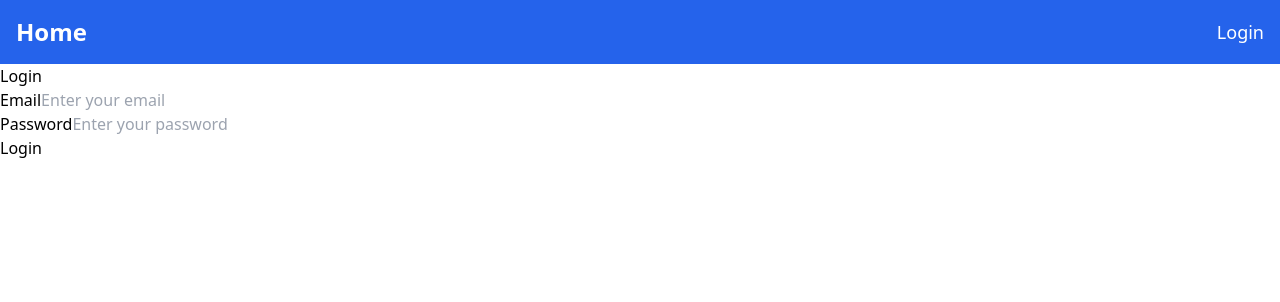
Repository: Ademaulana100499/learnReact
Page: /login
These files come from the project's save history. The page is drawn as it stood at one moment and after a run of saves; the edit follows.
The browser window is 1280 px wide. The pictures show the whole page.
The project was rebuilt for these pictures with package versions that can differ from the ones it lists, and the page was loaded fresh each time. Also part of the build but not shown: vite.config.js, src/components/Navbar/index.jsx, src/pages/HomePage/index.jsx, src/pages/DetailPage/index.jsx.

Above is the page before, as saved 2024-12-15 09:38:10.

### src/App.jsx
import { BrowserRouter, Routes, Route } from "react-router-dom";
import { HomePage } from "./pages/HomePage";
import { DetailPage } from "./pages/DetailPage";
import { LoginPage } from "./pages/LoginPage";

export function App() {
  return (
    <div>
      <BrowserRouter>
        <Routes>
          <Route path="/" element={<HomePage />} />
          <Route path="/detail/:id" element={<DetailPage />} />
          <Route path="/login" element={<LoginPage />} />
        </Routes>
      </BrowserRouter>
    </div>
  );
}

### src/pages/LoginPage/index.jsx
import { Navbar } from "../../components";

export const LoginPage = () => {
  return (
    <div>
      <Navbar />
      <h1>Login</h1>
      <form>
        <div>
          <label htmlFor="email">Email</label>
          <input
            type="email"
            id="email"
            name="email"
            placeholder="Enter your email"
            required
          />
        </div>
        <div>
          <label htmlFor="password">Password</label>
          <input
            type="password"
            id="password"
            name="password"
            placeholder="Enter your password"
            required
          />
        </div>
        <button type="submit">Login</button>
      </form>
    </div>
  );
};

### src/components/index.jsx
import { Link } from "react-router-dom";
export const Navbar = () => {
  return (
    <div className="bg-blue-600 text-white p-4">
      <div className="container mx-auto flex justify-between items-center">
        <div>
          <Link
            to="/"
            className="text-2xl font-semibold hover:text-gray-300 transition-colors"
          >
            Home
          </Link>
        </div>
        <div className="space-x-6">
          <Link
            to="/login"
            className="text-lg font-medium hover:text-gray-300 transition-colors"
          >
            Login
          </Link>
        </div>
      </div>
    </div>
  );
};

Loaded but not shown: index.html (common file); src/main.jsx (common file); src/index.css (common file); tailwind.config.js (common file)

After the next 2 saves:
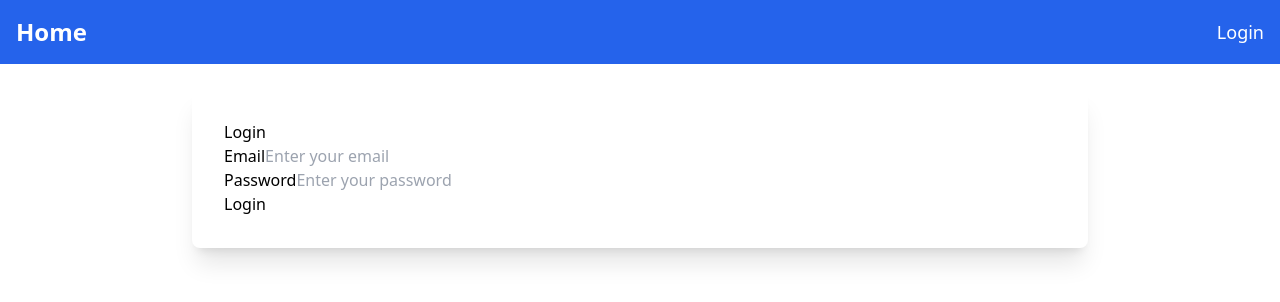
The 2 saves are shown as one change because 1 did not build or start.
The last was saved 115 s later.
--- a/src/pages/LoginPage/index.jsx
+++ b/src/pages/LoginPage/index.jsx
@@ -4,30 +4,32 @@
   return (
     <div>
       <Navbar />
-      <h1>Login</h1>
-      <form>
-        <div>
-          <label htmlFor="email">Email</label>
-          <input
-            type="email"
-            id="email"
-            name="email"
-            placeholder="Enter your email"
-            required
-          />
-        </div>
-        <div>
-          <label htmlFor="password">Password</label>
-          <input
-            type="password"
-            id="password"
-            name="password"
-            placeholder="Enter your password"
-            required
-          />
-        </div>
-        <button type="submit">Login</button>
-      </form>
+      <div className="max-w-4xl p-8 mx-auto mt-6 bg-white rounded-lg shadow-xl">
+        <h1>Login</h1>
+        <form>
+          <div>
+            <label htmlFor="email">Email</label>
+            <input
+              type="email"
+              id="email"
+              name="email"
+              placeholder="Enter your email"
+              required
+            />
+          </div>
+          <div>
+            <label htmlFor="password">Password</label>
+            <input
+              type="password"
+              id="password"
+              name="password"
+              placeholder="Enter your password"
+              required
+            />
+          </div>
+          <button type="submit">Login</button>
+        </form>
+      </div>
     </div>
   );
 };
